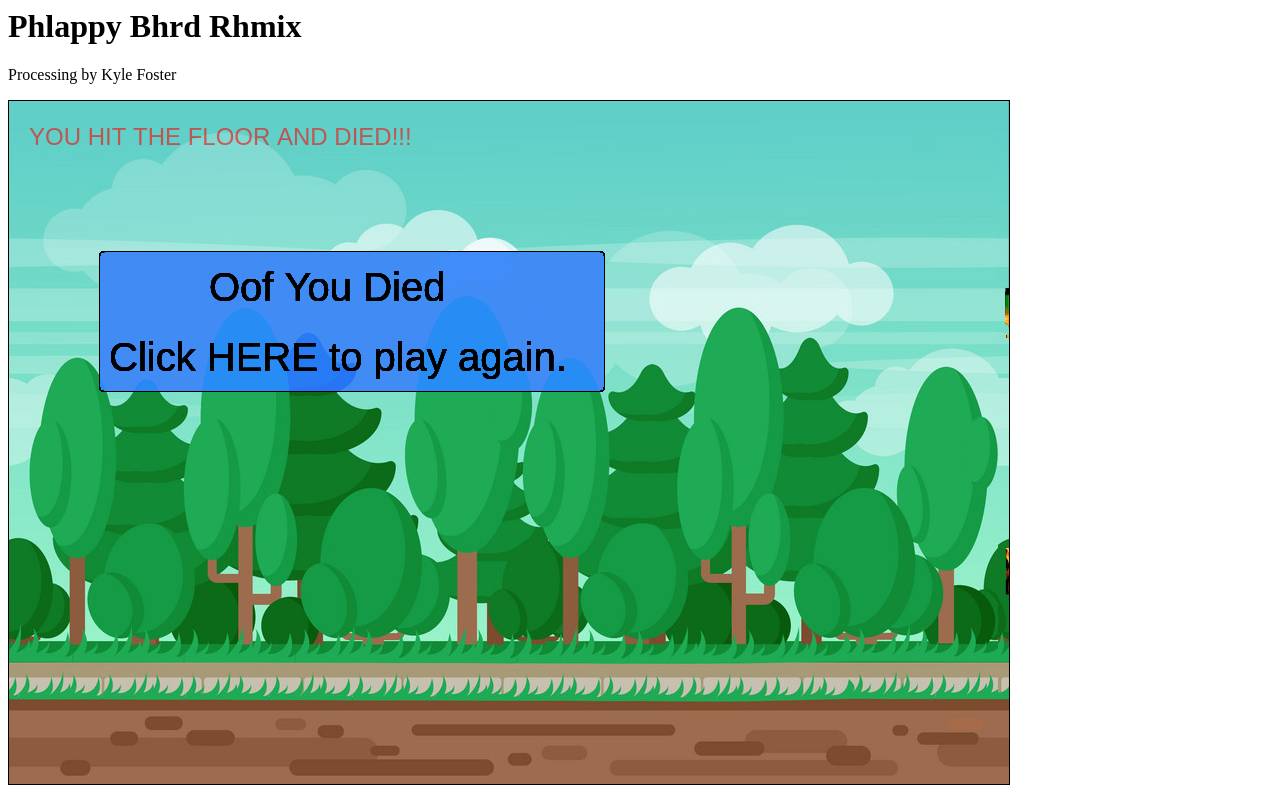
Repository: Kylefostertaz/Kylefostertaz.github.io
Page: flappy_bird.html
The author's editor kept a record of every edit. The page is drawn from the files as they stood at one moment, then again after the next edit.
The browser window is 1280 px wide. The pictures show the whole page.

Above is the page before.

### flappy_bird.html
<!Doctype: HTML w/ Processing>

<html>

  <head>
      <meta http-equiv="Content-Type" content="text/html; charset=UTF-8" />
      <title>Flappy Bird v1.0</title>
      <script type="text/javascript" src="js/processing.js"></script>
  </head>

  <body>
    <h1>Phlappy Bhrd Rhmix</h1>
    <p>Processing by Kyle Foster</p>

    <script type="text/processing">

//Images
PImage flappy;
PImage topPipe;
PImage botPipe;
PImage bg;

//Game Variables
int bgx;
int bgy;
int flappyX = 100;
int flappyY = 100;
int g = 1;
int VflappyY = 432;

//Score and Game
int gameState;
int score = 0;
int highScore = 0;

//Arrays
int[] pipeX;
int[] pipeY;

//setup

void setup()
{
  size(1000,683);
  frameRate(75); //60 is typical games but lagged, changed to 75
  //image directory
  bg = loadImage("./js/Flappy/img/bg.jpg");
  flappy = loadImage("./js/Flappy/img/flappy.png");
  botPipe = loadImage("./js/Flappy/img/botPipe.png");
  topPipe = loadImage("./js/Flappy/img/topPipe.png");

  //arrays!!!
  pipeX = new int[5];  //[0,0,0,0]
  pipeY = new int[pipeX.length];
  for(int i = 0; i < pipeX.length; i++)
  {
    pipeX[i] = width + 250*i;
    pipeY[i] = (int)random(-350, 0);
  }

  //GOTO Start screen
  gameState = 0;

}


//MAIN
void draw()
{

  if(gameState == 1)
  {
    startScreen();
  }

  //Load game
  else
 if(gameState==0)
  {
 setBg();

    setPipes();
    bird();
 //   scoreboard();

  }


  else

  //Fail Screen
  {
    endScreen();
    restart();
  }

}



void startScreen()
{
  image(bg, 0,0);
  textSize(45);
  text("Phlappy Bhrd Rhmix", 40, 100);
  text("Click the mouse to begin...", 40, 200);

  //start
  if(mousePressed)
  {
    flappyY = 432;
    gameState = 0;
  }
}


void scoreboard()
{
  if(score>highScore)
  {
    highScore = score;
  }

  //Background for ScoreBoard
  fill(153, 196, 188, 150);
  rect(825, 10, 155, 80, 5);
  fill(0);
  textSize(32);
  text("Score: " + score, 830, 40);
  text("High:  " + highScore, 830, 80);
}

void setBg()
{
  image(bg, bgx, bgy);
  image(bg, bgx + bg.width, bgy);
  bgx=bgx-4;
  if(bgx < -bg.width)
  {
     bgx = 0;
  }
}

void setPipes()
{

  //Move the Pipes


  for(int i = 0; i < pipeX.length; i++)
  {
   image(topPipe, pipeX[i], pipeY[i]);
   image(botPipe, pipeX[i], pipeY[i] + 710);
   pipeX[i]-= 2;

  }

   //lets ramp up the speed a bit
   if(score > 10)
   {
     pipeX[i]--;  //10 point powerup
   }
   if(score > 20)
   {
     pipeX[i]--;  //how about 20 point powerup
   }
   if(score > 30)
   {
     pipeX[i]--;  //30 point powerup?!?!!
   }
   if(score > 40)
   {
     pipeX[i]--;  //your nuts if you make it to 40
   }
   if(score > 50)
   {
     pipeX[i]--;  //#HACKS
   }
   if(pipeX[i] < -200)
   {
     pipeX[i] = 1000;
   }

   //hiting objects
   if(flappyX > (pipeX[i]-35) && flappyX < pipeX[i] + 92)
   {
     //end game and death screen
     if(!(flappyY > pipeY[i] + 500 && flappyY < pipeY[i] + (490 + 182)))
     {
       fill(255, 0, 0, 200);
       textSize(24);
       rect(20, 460, 455, 32);
       fill(0);
       text("YOU HIT A PIPE AND DIED!!!", 20, 483);
       gameState = 2;
     }
     //Score counter
     else if (flappyX==pipeX[i] || flappyX == pipeX[i] + 1)
     {
       score++;
     }
   }


}


void bird()
{
   image(flappy, flappyX, flappyY);
   flappyY = flappyY + VflappyY;
   VflappyY = VflappyY + g;


   if(flappyY < 0)
   {
     fill(255, 0, 0, 150);
     textSize(24);
     text("YOU HIT THE CEILING AND DIED, DONT CHEAT!!!", 20, 44);
     gameState=2;
   }
   if(flappyY > 1000)
   {
     fill(255, 0, 0, 150);
     textSize(24);
     text("YOU HIT THE FLOOR AND DIED!!!", 20, 44);
     gameState=2;
   }
}

void mousePressed()
{
   VflappyY = -15; //velocity up
}



void endScreen()
{
    fill(66, 135, 245, 10);
    if(mouseX > 90 && mouseX < 595 && mouseY > 150 && mouseY < 290)
    {
      fill(66, 245, 120, 10);
    }
    rect(90, 150, 505, 140, 5);
    fill(0);
    textSize(40);
    text("Oof You Died", 200,200);
    text("Click HERE to play again." , 100, 270);
}

void restart()
{
   if(mouseX > 90 && mouseX < 595 && mouseY > 150 && mouseY < 290)
   {
     if(mousePressed)
     {
        flappyY = 342;
        for(int i = 0; i < pipeX.length; i++)
        {
          pipeX[i] = width + 200*i;
          pipeY[i] = (int)random(-350, 0);
        }
        score = 0;
        gameState = 0;
     }
   }


}

    </script>
    <canvas id="sketch" style="border: 1px solid black;"></canvas>

  </body>

</html>

Loaded but not shown: js/processing.js (library)

After the next edit:
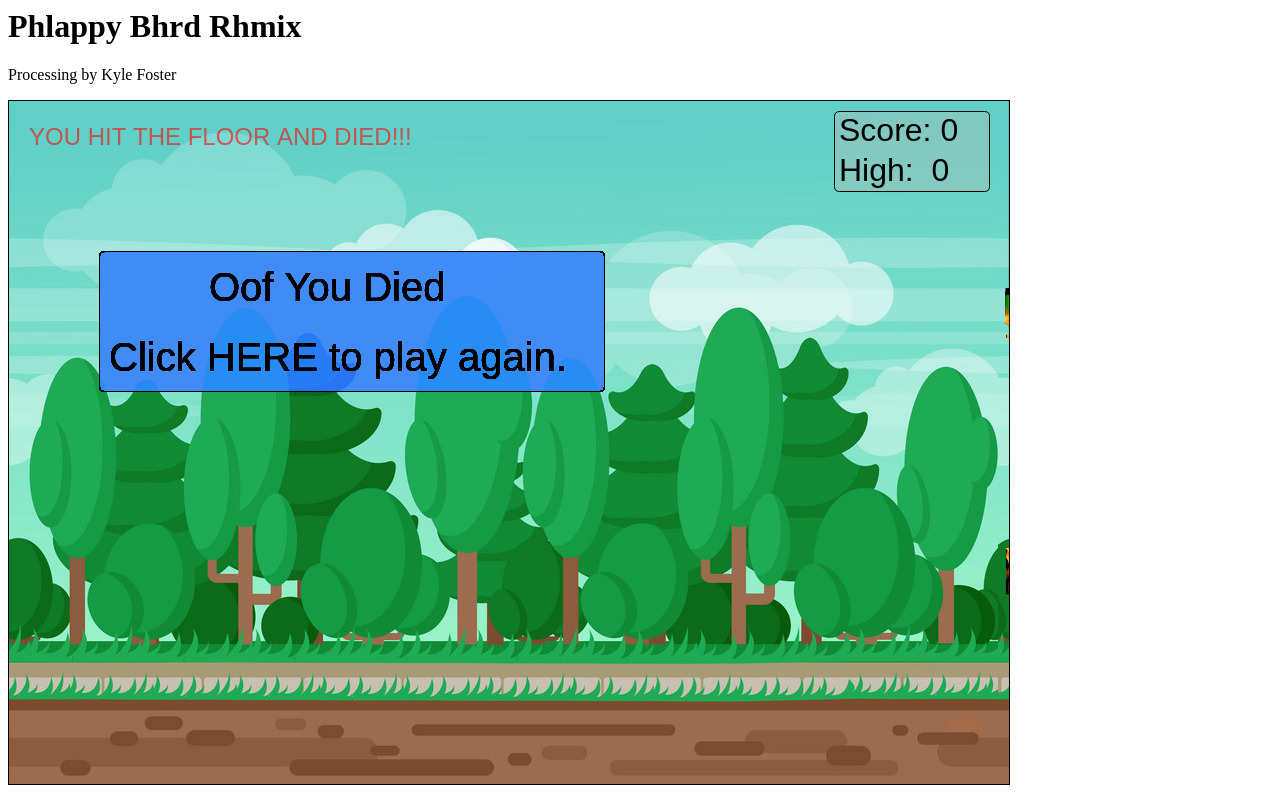
The edit:
--- a/flappy_bird.html
+++ b/flappy_bird.html
@@ -81,7 +81,7 @@
 
     setPipes();
     bird();
- //   scoreboard();
+   scoreboard();
 
   }
 
